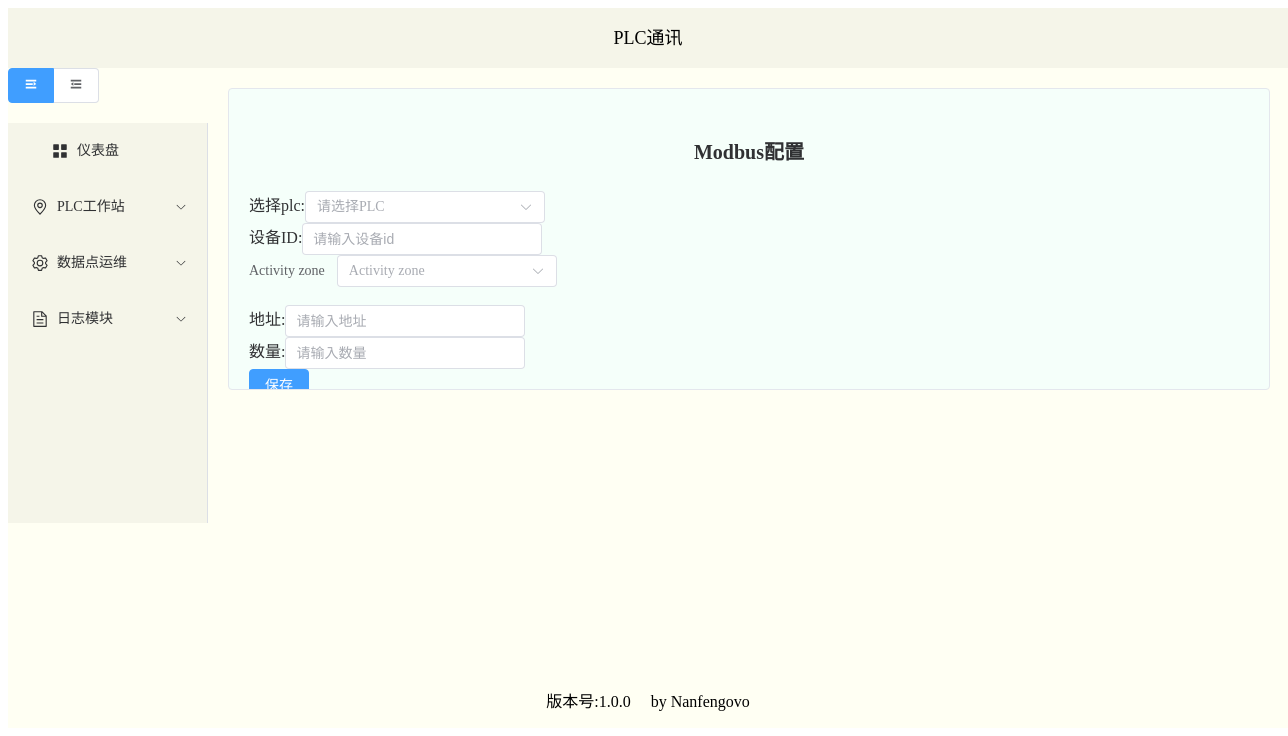
Repository: nanfengovo/HelperWorkStation
Page: /#/frameWork/DataPointOperations/Modbus (app in HelperWorkStation/plchelper-ui/)
An editor plug-in stored every save of this project. The page is shown before and after the next save, followed by the edit.
The browser window is 1280 px wide. The page is 1288 px wide, so the pictures cover 1288 px, including what lies to the right of the window. The pictures show the whole page.
The project was rebuilt for these pictures with package versions that can differ from the ones it lists, and the page was loaded fresh each time. Also part of the build but not shown: HelperWorkStation/plchelper-ui/vite.config.ts, HelperWorkStation/plchelper-ui/src/views/Login/index.vue.

Above is the page before, as saved 2025-01-28 22:26:40.

### HelperWorkStation/plchelper-ui/index.html
<!DOCTYPE html>
<html lang="">
  <head>
    <meta charset="UTF-8">
    <link rel="icon" href="/icon-park-outline--cpu.png">
    <meta name="viewport" content="width=device-width, initial-scale=1.0">
    <title>PLCHelper Station</title>
  </head>
  <body>
    <div id="app"></div>
    <script type="module" src="/src/main.ts"></script>
  </body>
</html>

<style>
  #app{
    /* display: flex;
    justify-content: center;
    align-items: center; */
    height: 100vh;
    width: 100vw;
  }
</style>

### HelperWorkStation/plchelper-ui/src/main.ts
// import './assets/main.css'

import { createApp } from 'vue'
import ElementPlus from 'element-plus'
import 'element-plus/dist/index.css'
import { createPinia } from 'pinia'

import App from './App.vue'
import * as ElementPlusIconsVue from '@element-plus/icons-vue'
import router from './router'

const app = createApp(App)
app.use(router)
for (const [key, component] of Object.entries(ElementPlusIconsVue)) {
    app.component(key, component)
    }
app.use(ElementPlus)
app.use(createPinia())


app.mount('#app')

### HelperWorkStation/plchelper-ui/src/App.vue
<script setup lang="ts">
import {  RouterView } from 'vue-router'
import FrameWork from './views/FrameWork/index.vue'
import Login from './views/Login/index.vue'
</script>

<template>
  <div class="app">
    <RouterView />
  </div>

  <!-- <RouterView /> -->
</template>

<style scoped>
	html,body,#app{
      height: 100%;
      width: 100%;
	}
  .app{
    height: 100%;
    width: 100%;
  }
</style>

### HelperWorkStation/plchelper-ui/src/router/index.ts
import { createMemoryHistory, createRouter, createWebHashHistory, type RouteRecordRaw } from 'vue-router'
import frameWork from '../views/FrameWork/index.vue';
import Login from '../views/Login/index.vue';
import panel from '../views/FrameWork/layout/panel/index.vue';

// const routes: RouteRecordRaw[] = [];
const routes: Array<RouteRecordRaw> = [
    {
        path: '/',
        redirect: '/login'
    },
    {
        path: '/login',
        name: 'login',
        component: Login
    },
    {
        path: '/frameWork',
        name: '主页',
        component: frameWork,
        children: [
            {
                path: '/framework/panel',
                name: '仪表板',
                component: () => import('../views/FrameWork/layout/panel/index.vue'),
            },
            {
                path: '/frameWork/PLCWorkstation/Modbus',
                name: 'PLC工作站-Modbus',
                component: () => import('../views/FrameWork/layout/PLCWorkstation/Modbus/index.vue'),
            },
            {
                path: '/frameWork/PLCWorkstation/PLC',
                name: 'PLC工作站-PLC配置',
                component: () => import('../views/FrameWork/layout/PLCWorkstation/PLC/index.vue'),
            },
            {
                path: '/frameWork/PLCWorkstation/S7',
                name: 'PLC工作站-S7',
                component: () => import('../views/FrameWork/layout/PLCWorkstation/S7/index.vue'),
            },
            {
                path: '/frameWork/PLCWorkstation/OPC',
                name: 'PLC工作站-OPC',
                component: () => import('../views/FrameWork/layout/PLCWorkstation/OPC/index.vue'),
            },
            {
                path: '/frameWork/PLCWorkstation/FinsTCP',
                name: 'PLC工作站-FinsTCP',
                component: () => import('../views/FrameWork/layout/PLCWorkstation/FinsTCP/index.vue'),
            },
            {
                path: '/frameWork/DataPointOperations/Modbus',
                name: '数据点运维-Modbus',
                component: () => import('../views/FrameWork/layout/DataPointOperations/Modbus/index.vue'),
            },
            {
                path: '/frameWork/DataPointOperations/S7',
                name: '数据点运维-S7',
                component: () => import('../views/FrameWork/layout/DataPointOperations/S7/index.vue'),
            },
            {
                path: '/frameWork/DataPointOperations/Opc',
                name: '数据点运维-Opc',
                component: () => import('../views/FrameWork/layout/DataPointOperations/OPC/index.vue'),
            },
            {
                path: '/frameWork/DataPointOperations/FinsTCP',
                name: '数据点运维-FinsTCP',
                component: () => import('../views/FrameWork/layout/DataPointOperations/FinsTCP/index.vue'),
            },
            {
                path: '/frameWork/Log/Operation',
                name: '用户操作日志',
                component: () => import('../views/FrameWork/layout/Log/Operation/index.vue'),
            },
            {
                path: '/frameWork/Log/ReadWrite',
                name: '数据点读写日志',
                component: () => import('../views/FrameWork/layout/Log/ReadWrite/index.vue'),
            },

        ],


    },
];

const router = createRouter({
    history: createWebHashHistory(),
    routes,
});

export default router;

### HelperWorkStation/plchelper-ui/src/views/FrameWork/index.vue
<template>
    <div class="common-layout">
        <el-container>
            <div class="layout-header">
                <el-header>
                    PLC通讯
                </el-header>
            </div>
            <el-container>
                <el-aside width="200px" height="100vh" >
                    <el-radio-group v-model="isCollapse" style="margin-bottom: 20px">
                        <el-radio-button :value="false"><el-icon><Expand /></el-icon></el-radio-button>
                        <el-radio-button :value="true"><el-icon><Fold /></el-icon></el-radio-button>
                    </el-radio-group>
                    <el-menu
                        background-color="#f5f5e9"
                        default-active="1"
                        class="el-menu-vertical-demo"
                        :collapse="isCollapse"
                        @open="handleOpen"
                        @close="handleClose"
                        router
                    >
                        <el-menu-item index="/frameWork/panel">
                            <el-menu-item >
                                <el-icon><icon-menu /></el-icon>
                                <template #title>仪表盘</template>
                            </el-menu-item>
                        </el-menu-item>
                        <el-sub-menu index="2">
                        <template #title>
                            <el-icon><location /></el-icon>
                            <span>PLC工作站</span>
                        </template>
                        <el-menu-item-group >
                            <el-menu-item index="/frameWork/PLCWorkstation/PLC">PLC配置</el-menu-item>
                            <el-menu-item index="/frameWork/PLCWorkstation/Modbus">Modbus模块</el-menu-item>
                            <el-menu-item index="/frameWork/PLCWorkstation/S7">S7模块</el-menu-item>
                            <el-menu-item index="/frameWork/PLCWorkstation/OPC">OPC模块</el-menu-item>
                            <el-menu-item index="/frameWork/PLCWorkstation/FinsTCP">FinsTCP模块</el-menu-item>
                        </el-menu-item-group>
                        </el-sub-menu>
                        <el-sub-menu index="3">
                        <template #title>
                            <el-icon><Setting /></el-icon>
                            <span>数据点运维</span>
                        </template>
                        <el-menu-item-group >
                            <el-menu-item index="/frameWork/DataPointOperations/Modbus">Modbus数据点配置</el-menu-item>
                            <el-menu-item index="/frameWork/DataPointOperations/S7">S7数据点配置</el-menu-item>
                            <el-menu-item index="/frameWork/DataPointOperations/Opc">OPC数据点配置</el-menu-item>
                            <el-menu-item index="/frameWork/DataPointOperations/FinsTCP">FinsTCP数据点模块</el-menu-item>
                        </el-menu-item-group>
                        </el-sub-menu>
                        <el-sub-menu index="4">
                        <template #title>
                            <el-icon><Document /></el-icon>
                            <span>日志模块</span>
                        </template>
                        <el-menu-item-group >
                            <el-menu-item index="/frameWork/Log/Operation">操作日志</el-menu-item>
                            <el-menu-item index="/frameWork/Log/ReadWrite">读写日志</el-menu-item>
                        </el-menu-item-group>
                        </el-sub-menu>
                    </el-menu>
                </el-aside>
                    <el-container>
                        <el-main>
                            <!-- <div class="main-header"> -->
                            <!-- <div class="main-header-breadcrumb"> -->
                                <!-- 面包屑 -->
                                <!-- <el-breadcrumb :separator-icon="ArrowRight"
                                                style="cursor: pointer; margin: 10px 0; display:inline-block;margin-left: 10px; ">
                                                <el-breadcrumb-item  >面包屑导航</el-breadcrumb-item>
                                </el-breadcrumb>
                            </div> -->
                            <!-- <div class="main-header-tab">
                                <el-tab>
                                    <el-tabs
                                    v-model="tablist"
                                    type="card"
                                    editable
                                    class="demo-tabs"
                                    @tab-click="pushTo"
                                >
                                    <el-tab-pane
                                    v-for="item in tablist"
                                    :key="item.name"
                                    :label="item.name"
                                    :name="item.name"
                                    >
                                    {{ item.path }}
                                    </el-tab-pane>
                                </el-tabs>
                                </el-tab>
                            </div> -->
                        <!-- </div> -->
                            <RouterView/>
                        </el-main>
                    </el-container>
            </el-container>
                <el-footer class="fixed-footer" >
                    <span>版本号:{{SoftVersion}}</span>&nbsp;&nbsp;&nbsp;&nbsp;
                    <span>by {{ SoftAuthor }}</span>
                </el-footer>
        </el-container>
    </div>
</template>

<script lang="ts" setup>
import { ref } from 'vue'
import { useRouter } from 'vue-router';
import routes from '../../router/index';
import {
    Document,
    Menu as IconMenu,
    Location,
    Setting,
    ArrowRight,
} from '@element-plus/icons-vue'
import type { TabPaneName } from 'element-plus'



const SoftVersion = ref('1.0.0')
const SoftAuthor = ref('Nanfengovo')


import { useRoute } from 'vue-router'
import router from '../../router/index';
const route = useRoute()
const pathList = ref()

console.log('route', route)// 获取当前路由
console.log('route.matched', route.matched)// 获取当前路由匹配到的路由记录
console.log('route.matched[0].children', route.matched[0].children)// 获取当前路由匹配到的路由记录

const tablist = ref(route.matched[0].children)
const isCollapse = ref(false)

let tabIndex = 1;

// const pushTo = (tab: TabPaneName) => {
//     router.push(tab)
// }


</script>

<style>
.el-menu-vertical-demo:not(.el-menu--collapse) {
    width: 200px;
    min-height: 400px;
}
.layout-header {
    background-color: #f5f5e9;
    color: black;
    text-align: center;
    line-height: 60px;
    font-size: 18px;
}

.common-layout{
    display: flex;
    flex-direction: column;
    min-height: 100vh;
    background-color: #fffff3;
}
.fixed-footer {
    background-color: #fffff3; /* 根据需要设置背景颜色 */
    padding: 10px; /* 根据需要设置内边距 */
    text-align: center; /* 根据需要设置文本对齐方式 */
    margin-bottom: 20px;
    height: 30px;
    font-size: 16px;
}
.main-header{
    border: red 1px solid;
    width: 100%;
    height: 30px;
}
/* .main-header-breadcrumb{
    border: green 1px solid;
    margin: 10px;
    width: 100%;
    height: 30px;
} */
.main-header-tab
{
    border: blue 1px solid;
    width: 100%;
    height: 30px;
}
.demo-tabs {
    border: 1px solid orangered;
    width: 60px;
    height: 30px;
    border-radius: 4px;
}
.demo-tabs>.el-tab-pane {
    border-bottom: 1px solid #ebeef5;
}
</style>

### HelperWorkStation/plchelper-ui/src/views/FrameWork/layout/DataPointOperations/Modbus/index.vue
<template>
    <div class="modbus">
        <el-card class="modbus-card" shadow="hover">
            <div class="modbus-header">
                <div class="card-top-top">
                        <h4>Modbus配置</h4>
                </div>
                <div class="card-top-content">
                        <div class="content-plc">
                            <label>选择plc:</label>
                            <el-select v-model="PLCList" placeholder="请选择PLC" style="width: 240px">
                            </el-select>
                        </div>
                        <div class="content-saliveId">
                            <label>设备ID:</label>
                            <el-input
                                v-model="inputSaliveId"
                                style="width: 240px"
                                placeholder="请输入设备id"
                                clearable
                            />
                        </div>
                        <!-- <el-form-item label="Function code" >
                            <el-select
                                v-model="formInline.region"
                                placeholder="请选择功能码"
                                clearable
                            >
                                <el-option label="01 Read Coils（0x）" value="01 Read Coils（0x）" />
                                <el-option value="02 Read Discrete Inputs (1x)" />
                                <el-option value="03 Read Holding Registers (4x)" />
                                <el-option value="04 Read Input Registers (3x)" />
                                <el-option value="05 Write Single Coil" />
                                <el-option value="06 Write Single Register" />
                                <el-option value="15 Write Multiple Coils" />
                                <el-option value="16 WriteMultipleRegisters" />
                            </el-select>
                        </el-form-item> -->
                        <el-form :inline="true" :model="formInline" class="demo-form-inline">
                            <el-form-item label="Activity zone" >
                            <el-select
                                v-model="formInline.region"

                                placeholder="Activity zone"
                                clearable
                            >
                                <el-option label="Zone one" value="shanghai" />
                                <el-option label="Zone two" value="beijing" />
                            </el-select>
                        </el-form-item>
                        </el-form>

                        <div class="content-address">
                            <label>地址:</label>
                            <el-input
                                v-model="inputAddress"
                                style="width: 240px"
                                placeholder="请输入地址"
                                clearable
                            />
                        </div>
                        <div class="content-quantity">
                            <label>数量:</label>
                            <el-input
                                v-model="inputQuantity"
                                style="width: 240px"
                                placeholder="请输入数量"
                                clearable
                            />
                        </div>
                        <div class="btn-save" v-on:click="save">
                            <el-button type="primary" >保存</el-button>
                        </div>
                        <div class="btn-cancel" v-on:click="cancel">
                            <el-button >取消</el-button>
                        </div>
                    </div>
            </div>

        </el-card>
    </div>
</template>
<script setup lang = "ts">
import { reactive, ref } from 'vue';

const inputPort = ref('');
const inputSaliveId = ref('');
const PLCList = ref([]);



const formInline = reactive({
  user: '',
  region: '',
  date: '',
})
</script>

<style >
.modbus-card{
    width: 100%;
    height: 300px;
    background-color: #F5FFFA;
}
.card-top-top h4{
    font-size: 20px;
    font-weight: bold;
    text-align: center;
}
.demo-form-inline .el-select {
    --el-select-width: 220px;
}</style>

After the next save:
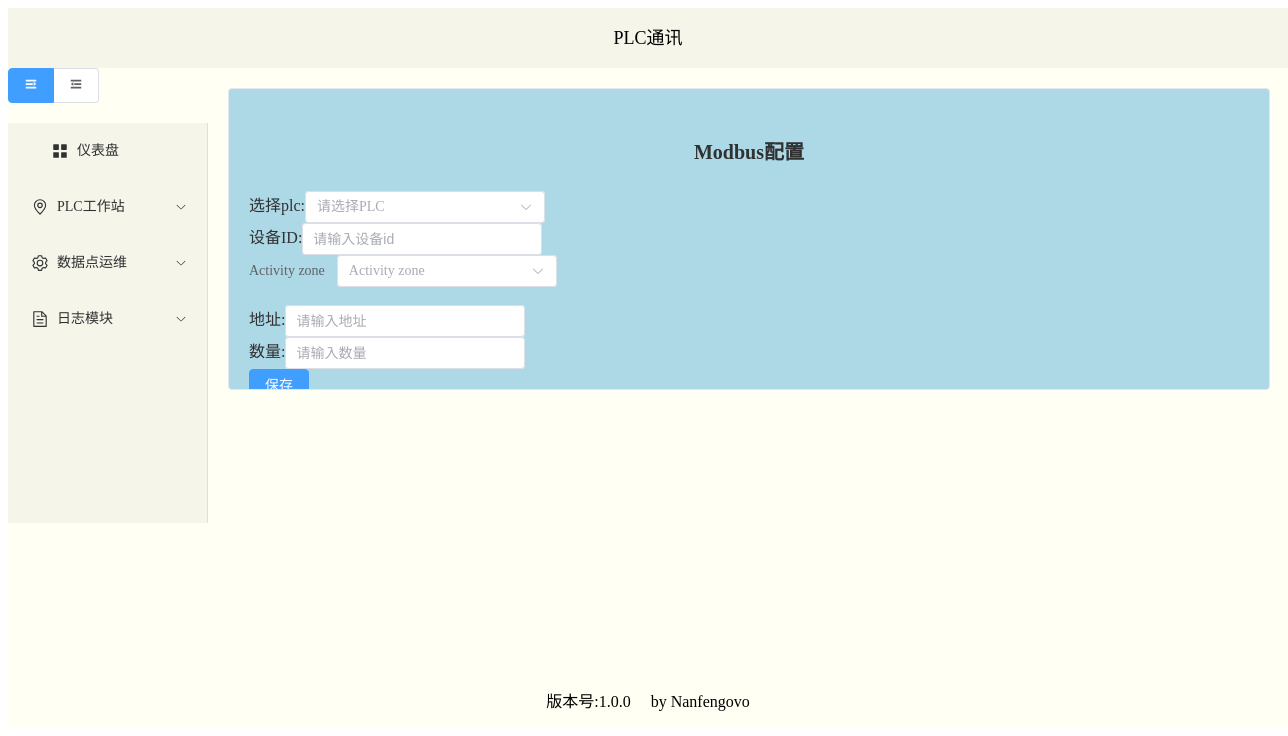
Saved 12 s later.
--- a/HelperWorkStation/plchelper-ui/src/views/FrameWork/layout/DataPointOperations/Modbus/index.vue
+++ b/HelperWorkStation/plchelper-ui/src/views/FrameWork/layout/DataPointOperations/Modbus/index.vue
@@ -100,7 +100,7 @@
 .modbus-card{
     width: 100%;
     height: 300px;
-    background-color: #F5FFFA;
+    background-color: #ADD8E6
 }
 .card-top-top h4{
     font-size: 20px;

After the save that followed:
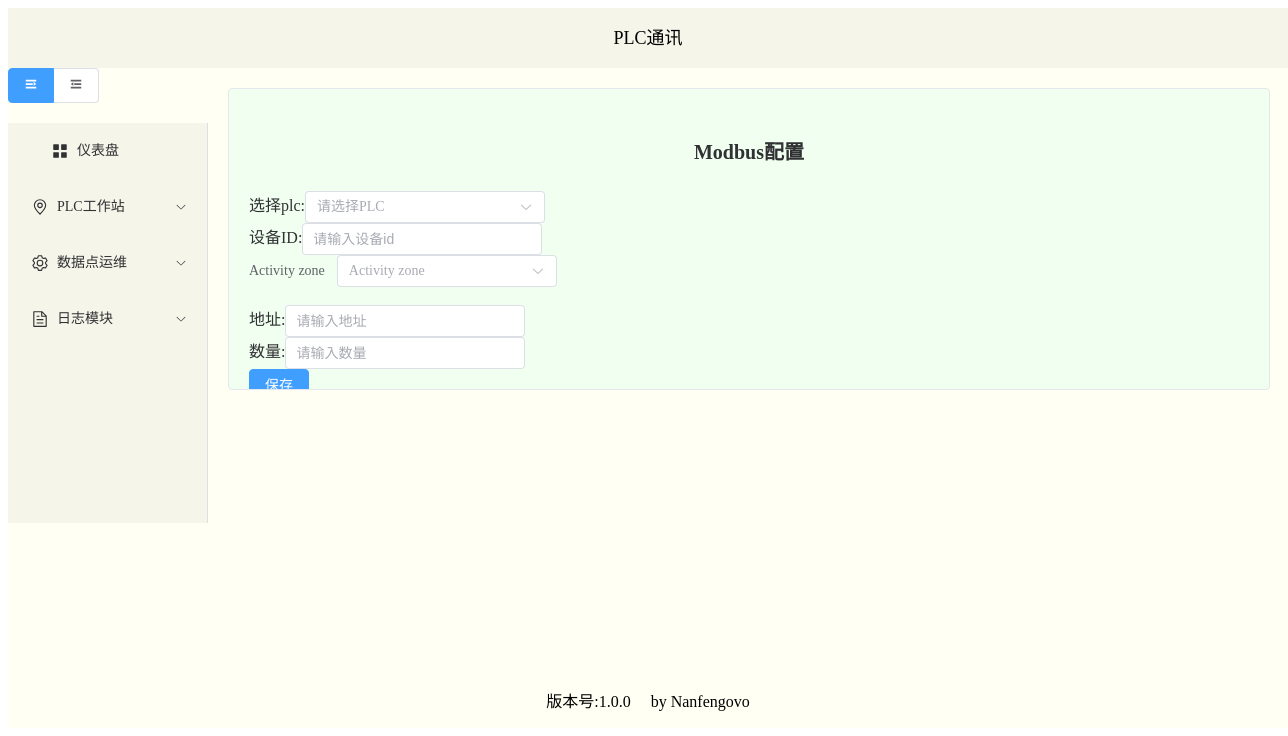
Saved 14 s later.
--- a/HelperWorkStation/plchelper-ui/src/views/FrameWork/layout/DataPointOperations/Modbus/index.vue
+++ b/HelperWorkStation/plchelper-ui/src/views/FrameWork/layout/DataPointOperations/Modbus/index.vue
@@ -100,7 +100,7 @@
 .modbus-card{
     width: 100%;
     height: 300px;
-    background-color: #ADD8E6
+    background-color: #F0FFF0;
 }
 .card-top-top h4{
     font-size: 20px;
